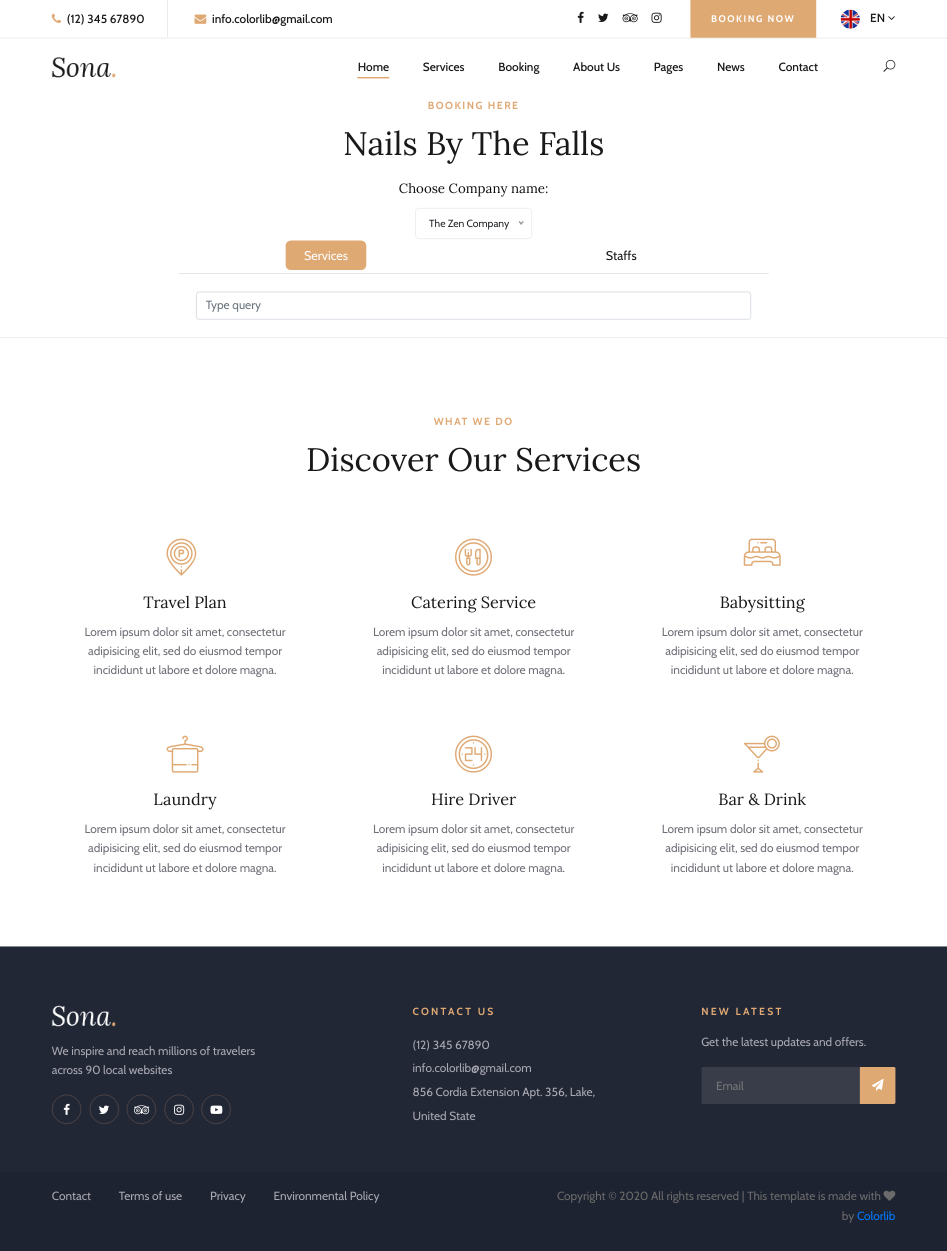
Repository: KeriBoss/Booking_Spa
Page: booking.html
These files come from the project's save history. The page is drawn as it stood at one moment and after the next save; the edit follows.
The browser window is 1280 px wide. The pictures show the whole page, at 74% of full size.

Above is the page before, as saved 2023-05-19 16:16:01.

After the next save:
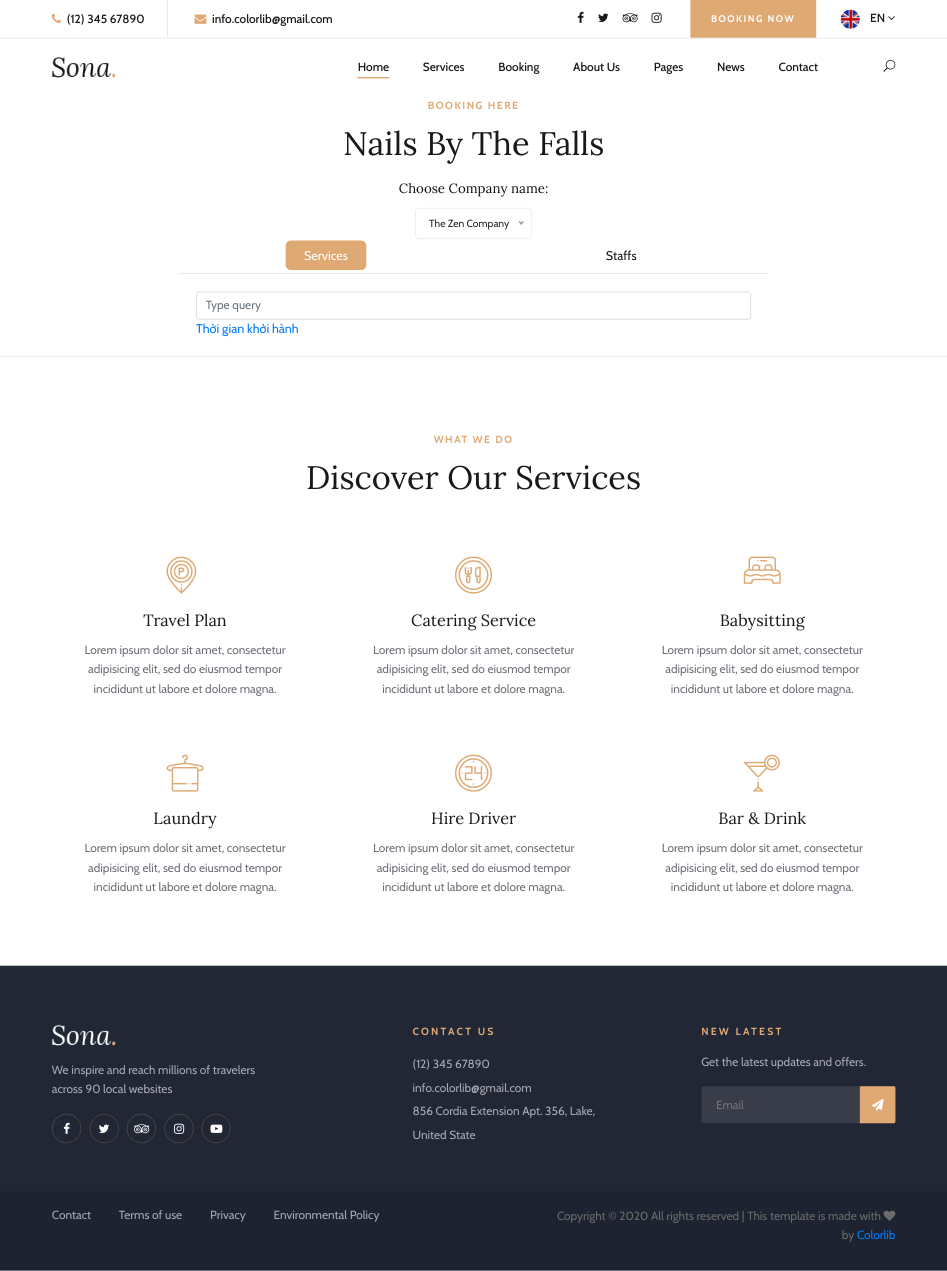
Saved 112 s later.
--- a/booking.html
+++ b/booking.html
@@ -204,7 +204,31 @@
                                     <div class="form-outline">
                                         <input type="search" id="form1" class="form-control" placeholder="Type query" aria-label="Search" />
                                     </div>
-
+                                    <div class="collapse show" id="filter-ticket">
+                                        <div class="collapse-item">
+                                            <a data-toggle="collapse" href="#multiCollapseExample1" role="button"
+                                                aria-expanded="false" aria-controls="multiCollapseExample1">Thời gian khởi hành</a>
+                                            <span class="float-right"><i class='bx bx-chevron-down'></i></span>
+                                            <div class="row">
+                                                <div class="col">
+                                                    <div class="collapse multi-collapse" id="multiCollapseExample1">
+                                                        <div class="d-flex">
+                                                            <input type="checkbox" id="time_begin_mooning">
+                                                            <label for="time_begin_mooning">Sáng (từ 00:00 AM - 11:59 AM)</label>
+                                                        </div>
+                                                        <div class="d-flex">
+                                                            <input type="checkbox" id="time_begin_afternoon">
+                                                            <label for="time_begin_afternoon">Chiều (từ 12:00 PM - 06:59 PM)</label>
+                                                        </div>
+                                                        <div class="d-flex">
+                                                            <input type="checkbox" id="time_begin_night">
+                                                            <label for="time_begin_night">Tối (từ 07:00 PM - 11:59 PM)</label>
+                                                        </div>
+                                                    </div>
+                                                </div>
+                                            </div>
+                                        </div>
+                                    </div>
                                 </form>
                             </div>
 
